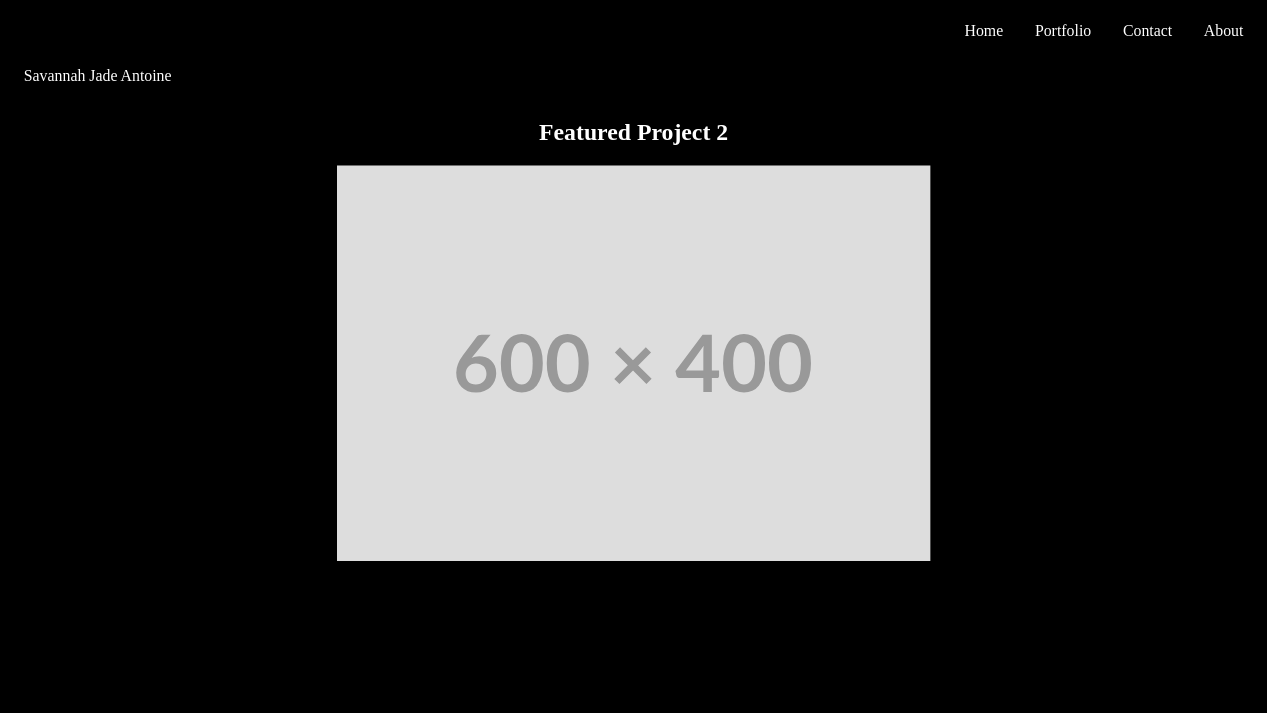
Repository: Savannah-Antoine/Savannah-Antoine
Page: pages/project-name-2.html
The author's editor kept a copy of each file at every save. The page is drawn from the files as they stood at one save, then again after the next save.
The browser window is 1280 px wide. The pictures show the whole page, at 99% of full size.

Above is the page before, as saved 2026-05-08 16:59:56.

### pages/project-name-2.html
<!DOCTYPE html>
<html lang="en">
<head>
    <meta charset="UTF-8">
    <meta name="viewport" content="width=device-width, initial-scale=1.0">
    <link rel = "stylesheet" href = "../styles/page.css" />
    <link rel = "stylesheet" href = "../styles/globals.css" />
    <title>Document</title>
</head>
<body>
<header>
    <nav>
        <ul class = "navigation">
  <li><a href="../index.html">Home</a></li>
  <li><a href="../pages/portfolioPage.html">Portfolio</a></li>
  <li><a href="../pages/contact.html">Contact</a></li>
  <li><a href="../pages/about.asp">About</a></li>
</ul>
        <ul class = "homeButton">
           <li><a   href = "../index.html">Savannah Jade Antoine</a></li>
        </ul>
</nav>
</header>
<main class = "container">

<section >
<h2>Featured Project 2</h2>
<img src = "../assets/images/placeholder1.svg" alt = "First Portfolio placeholder image" />


</section>



</main>

</body>
</html>

### styles/page.css

body h1{
    font-size: 3rem;

}

img{
    width: 100%;
    height:auto;
}

@media screen and (min-width: 768px)
{
    body h1{
    font-size: 6.5rem;
}


    .container{
          display:flex;
          flex-direction: row;
          flex-wrap: wrap;
          justify-content: center;

    }
}

@media screen and (min-width: 1000px)
{

}

### styles/globals.css
body {
    background-color: black;
  background-image: url(/assets/images/background-pic.gif);
  background-repeat: no-repeat;
  background-size: cover;
  color: white;
  font-size: 16px;
  text-align: center;
}



.homeButton{
  list-style-type: none;
  margin: 0;
  padding: 0;
  display: flex;
  justify-content: left;

}


.navigation {
  list-style-type: none;
  margin: 0;
  padding: 0;
  display: flex;
  justify-content: right;
}
li a {
  display: block;
  color: white;
  padding: 14px 16px;
  text-decoration: none;
}

ul li a:hover {
  background-color: #be6c6c;
}

After the next save:
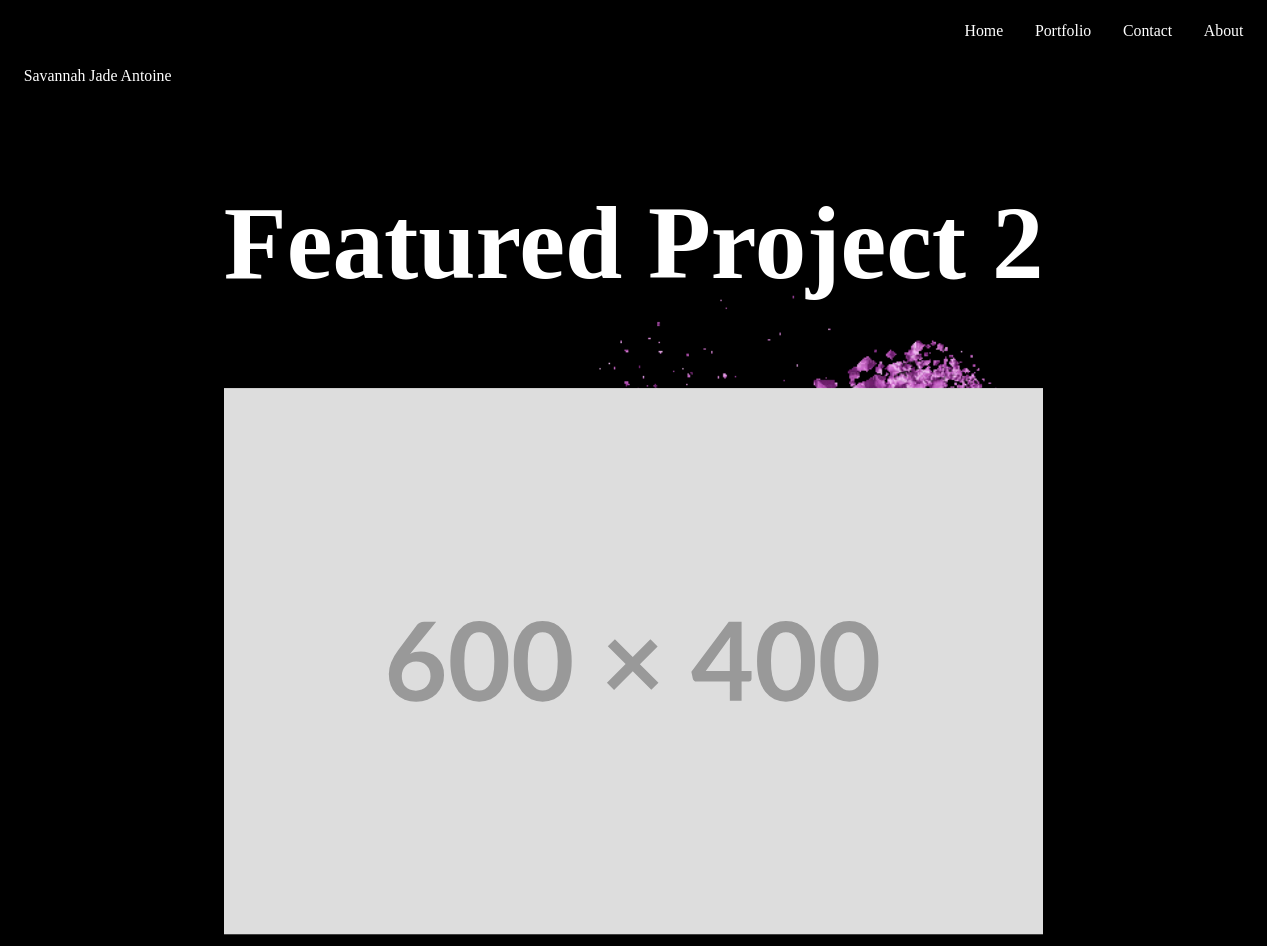
Saved 13 s later.
--- a/pages/project-name-2.html
+++ b/pages/project-name-2.html
@@ -24,7 +24,7 @@
 <main class = "container">
 
 <section >
-<h2>Featured Project 2</h2>
+<h1>Featured Project 2</h1>
 <img src = "../assets/images/placeholder1.svg" alt = "First Portfolio placeholder image" />
 
 
